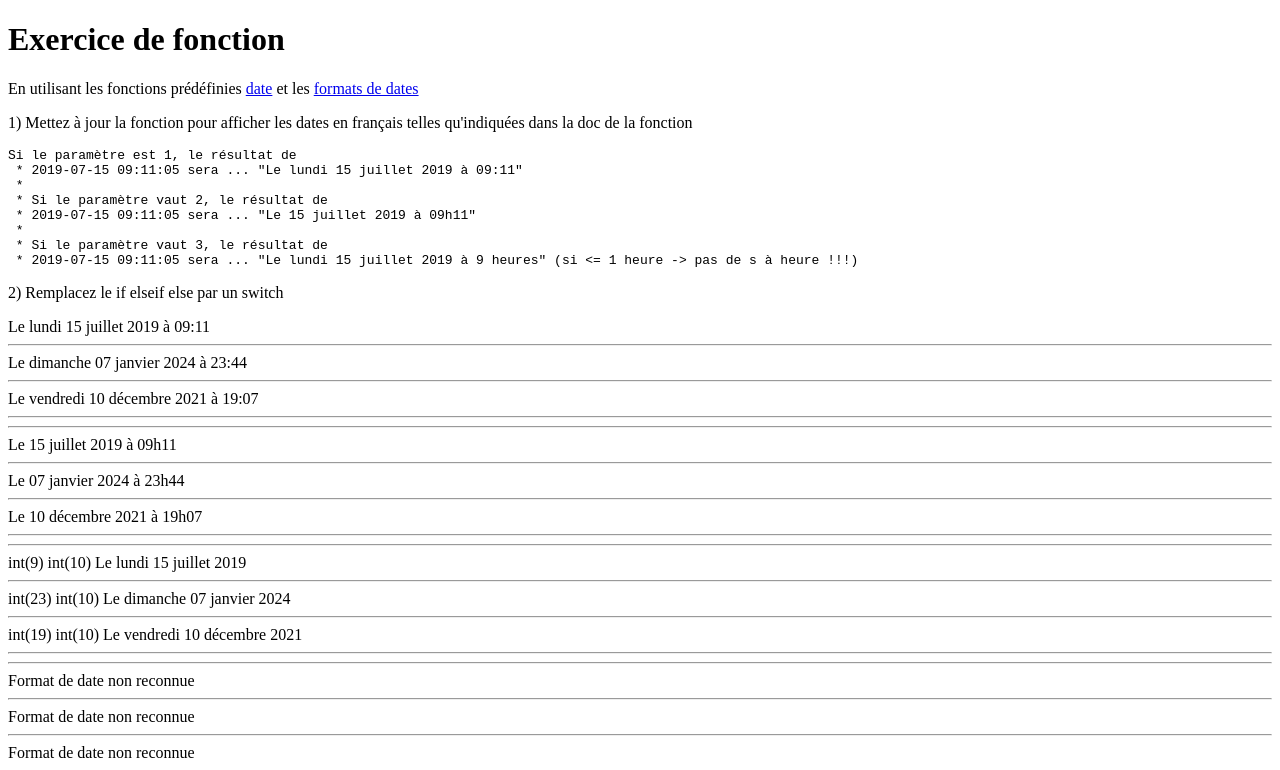
Repository: WebDevCF2m2021/base-php-2021
Page: http://localhost/20-dates-en-francais.php
The author's editor kept a copy of each file at every save. The page is drawn from the files as they stood at one save, then again after the next save.
The browser window is 1280 px wide. The pictures show the whole page.
The page is run by PHP 8.4 with error messages shown; the project is at /var/www/html/.

Above is the page before, as saved 2021-09-20 18:29:30.

### 20-dates-en-francais.php
<?php

/**
 * frenchDate
 *
 * Permet de transformer une date au format datetime (en français YYYY-MM-JJ HH:MM:SS - en date("Y-m-d H:i/s"))
 *
 * Si le paramètre est 1, le résultat de
 * 2019-07-15 09:11:05 sera ... "Le lundi 15 juillet 2019 à 09:11"
 *
 * Si le paramètre vaut 2, le résultat de
 * 2019-07-15 09:11:05 sera ... "Le 15 juillet 2019 à 09h11"
 *
 * Si le paramètre vaut 3, le résultat de
 * 2019-07-15 09:11:05 sera ... "Le lundi 15 juillet 2019 à 9 heures" (si <= 1 heure -> pas de s à heure !!!)
 *
 * @param  String $date
 * @return String
 */
function frenchDate($date,$format=1){

    // sortie
    $out="";

    // Les jours en français
    $joursTab = ["dimanche","lundi","mardi","mercredi","jeudi","vendredi","samedi"];

    // Les mois en français, on le fait commencer à 1, car l'expression "n" de date nous donne les mois de 1 (janvier) à 12 (décembre)
    $moisTab = [1=>"janvier","février","mars","avril","mai","juin","juillet","août","septembre","octobre","novembre","décembre"];

    // transformation de la date en Timestamp (secondes depuis le 1/1/1970 )
    $date = strtotime($date);
    // A transformer en switch
    if($format===1){
        $out.="Le "
                .$joursTab[date("w",$date)]." " // jour de la semaine en français
                .date("d",$date)." " // chiffre du jour
                .$moisTab[date("n",$date)]." " // mois en français
                .date("Y à H:i",$date); // année / heures / minutes
    }elseif($format===2){
        $out.="Le "
        .date("d",$date)." " // chiffre du jour
        .$moisTab[date("n",$date)]." " // mois en français
        .date("Y à H\hi",$date); // année / heures / minutes
    }elseif($format===3){
        $out.="Le "
        .$joursTab[date("w",$date)]." " // jour de la semaine en français
        .date("d",$date)." " // chiffre du jour
        .$moisTab[date("n",$date)]." " // mois en français
        .date("Y",$date); // année / heures / minutes
        var_dump(intval(date("H",$date)),10);
/*         if(date("Y",$date)){}else{} */
    }else{
         return "Format de date non reconnue";
    }
    return $out;
}

// date en datetime
$date1 = "2019-07-15 09:11:05";
$date2 = "2024-01-07 23:44:17";
$date3 = "2021-12-10 19:07:17";


?>
<!DOCTYPE html>
<html lang="en">
<head>
    <meta charset="UTF-8">
    <meta http-equiv="X-UA-Compatible" content="IE=edge">
    <meta name="viewport" content="width=device-width, initial-scale=1.0">
    <title>Exercice</title>
</head>
<body>
    <h1>Exercice de fonction</h1>
    <p>En utilisant les fonctions prédéfinies <a href="https://www.php.net/manual/fr/function.date.php" target="_blank">date</a> et les <a href="https://www.php.net/manual/fr/datetime.format.php" target="_blank" rel="noopener noreferrer">formats de dates</a>   </p>
    <p>1) Mettez à jour la fonction pour afficher les dates en français telles qu'indiquées dans la doc de la fonction</p>
    <pre>Si le paramètre est 1, le résultat de
 * 2019-07-15 09:11:05 sera ... "Le lundi 15 juillet 2019 à 09:11"
 *
 * Si le paramètre vaut 2, le résultat de
 * 2019-07-15 09:11:05 sera ... "Le 15 juillet 2019 à 09h11"
 *
 * Si le paramètre vaut 3, le résultat de
 * 2019-07-15 09:11:05 sera ... "Le lundi 15 juillet 2019 à 9 heures" (si <= 1 heure -> pas de s à heure !!!)</pre>
    <p>2) Remplacez le if elseif else par un switch</p>
   <?php
   echo frenchDate($date1);
   echo "<hr>";
   echo frenchDate($date2);
   echo "<hr>";
   echo frenchDate($date3);
   echo "<hr><hr>";
   echo frenchDate($date1,2);
   echo "<hr>";
   echo frenchDate($date2,2);
   echo "<hr>";
   echo frenchDate($date3,2);
   echo "<hr><hr>";
   echo frenchDate($date1,3);
   echo "<hr>";
   echo frenchDate($date2,3);
   echo "<hr>";
   echo frenchDate($date3,3);
   echo "<hr><hr>";
   echo frenchDate($date1,4);
   echo "<hr>";
   echo frenchDate($date2,4);
   echo "<hr>";
   echo frenchDate($date3,4);
   ?>
</body>
</html>

After the next save:
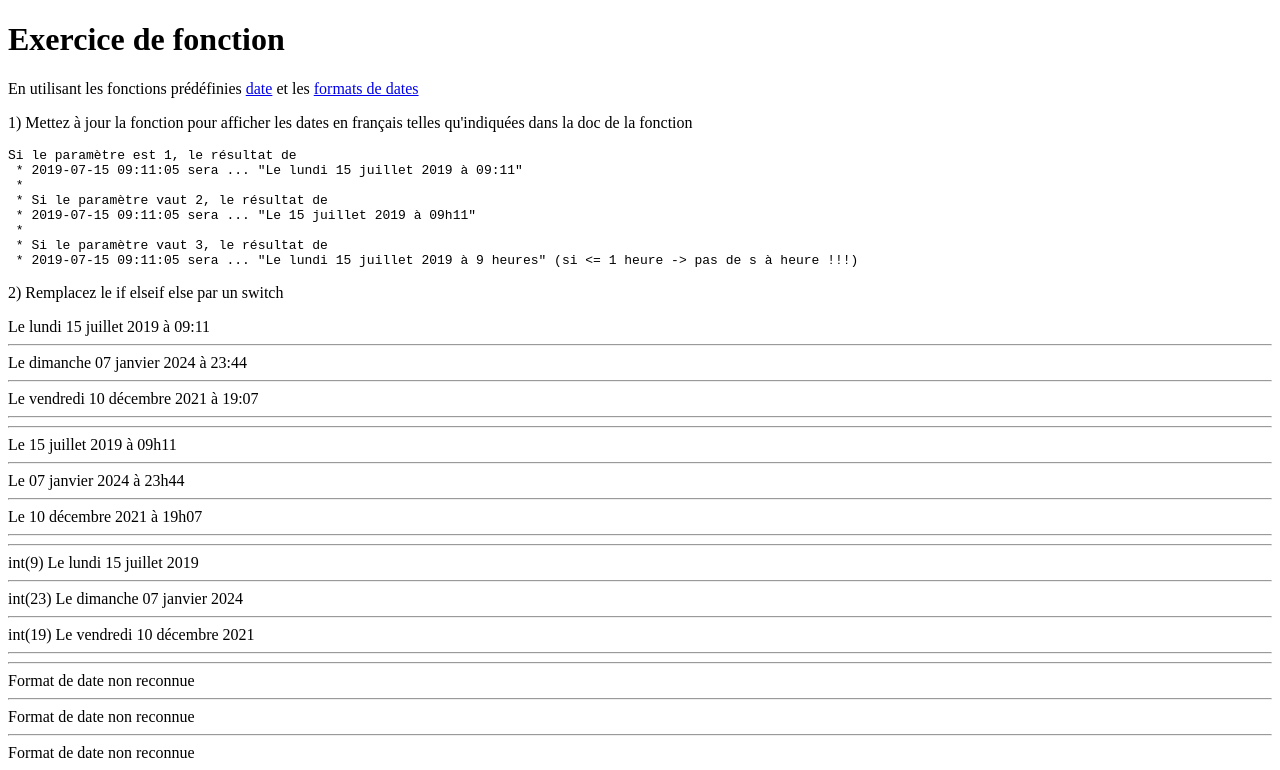
Saved 32 s later.
--- a/20-dates-en-francais.php
+++ b/20-dates-en-francais.php
@@ -48,7 +48,7 @@ function frenchDate($date,$format=1){
         .date("d",$date)." " // chiffre du jour
         .$moisTab[date("n",$date)]." " // mois en français
         .date("Y",$date); // année / heures / minutes
-        var_dump(intval(date("H",$date)),10);
+        var_dump(intval(date("H",$date)));
 /*         if(date("Y",$date)){}else{} */
     }else{
          return "Format de date non reconnue";
